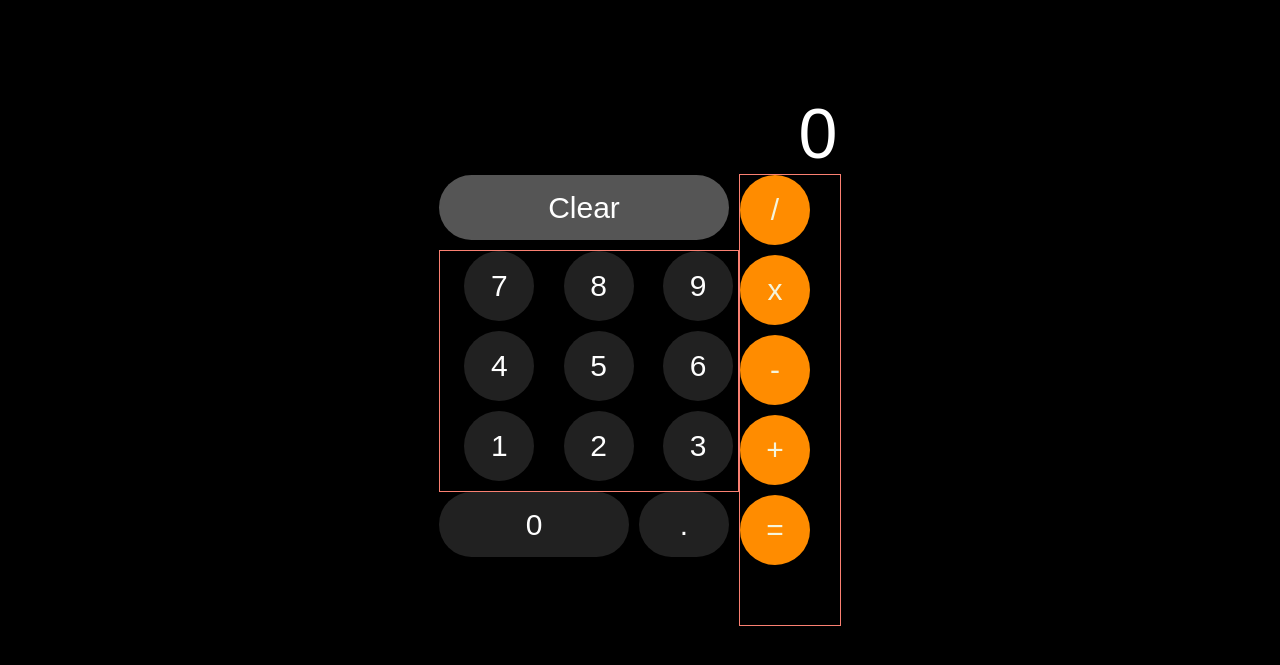
Repository: kocokoy/Calculator
Page: index.html
The author's editor kept a copy of each file at every save. The page is drawn from the files as they stood at one save, then again after the next save.
The browser window is 1280 px wide. The pictures show the whole page.

Above is the page before, as saved 2024-10-23 09:29:27.

### index.html
<!DOCTYPE html>
<html lang="en">
<head>
  <meta charset="UTF-8">
  <meta name="viewport" content="width=device-width, initial-scale=1.0">
  <link rel="stylesheet" href="/style.css">
  <title>Document</title>
</head>
<body>
  <div class="container">
    <div class="output-number">
      <div class="number"></div>
    </div>
    <div class="calculator-container">
      <div class="number-and-clear-container">
        <div class="clear-button-container">
        </div>
        <div class="number-container">

        </div>
        <div class="zero-button-container">
        </div>
      </div>
      <div class="operator-container"></div>
    </div>
  </div>
  <script src="/script.js"></script>
</body>
</html>

### style.css
body{
  padding: 0;
  margin: 0;
  height: 100%;
  background-color: black;
  font-family: Arial, Helvetica, sans-serif;
}
button{
  border: none;
  border-radius: 100px;
  height: 65px;
  margin: 0;
  padding: 0;
  font-size: 30px;
  cursor: pointer;
}
.container{
  display: flex;
  align-items: center;
  justify-content: center;
  flex-direction: column;
  height: 100vh;
}
.calculator-container{
  display: flex;
  align-items: center;
  justify-content: center;
}
.number-and-clear-container{
  height: 450px;
  width: 300px;
  display: block;
}
.clear-button-container{
  display: grid;
  grid-template-columns: 1fr;
  margin-bottom: 10px;
}
.clear-button-container button{
  margin-right: 10px;
  background-color: rgb(85, 85, 85);
  color: rgb(255, 255, 255);
}
.number-container{
  display: grid;
  grid-template-columns: 1fr 1fr 1fr;
  direction: rtl;
  border: 1px solid salmon;
  margin: 0;
  padding: 0;
}
.number-container button{
  margin-bottom: 10px;
  margin-right: 5px;
  background-color: hsl(0, 0%, 13%);
  color: white;
  height: 70px;
  width: 70px;
  border-radius: 50%;
}
.zero-button-container{
  display: grid;
  grid-template-columns: 1fr 100px;
}
.zero-button-container button{
  margin-right: 10px;
  background-color: hsl(0, 0%, 13%);
  color: white;
}

.operator-container{
  height: 450px;
  width: 100px;
  display: flex;
  flex-direction: column;
  border: 1px solid salmon;
}
.operator-container button{
  font-size: 30px;
  margin-bottom: 10px;
  color: beige;
  background-color: hsl(33, 100%, 50%);
  height: 70px;
  width: 70px;
  border-radius: 50%;
}

.output-number{
  height: 70px;
  width: 395px;
  margin-bottom: 10px;
  display: flex;
  justify-content: end;
  font-size: 70px;
  color: white;
}

### script.js
const calculatorButton = ['Clear',1,2,3,4,5,6,7,8,9,0,'.'];
const operatorContent = ['/','x','-','+','='];
const numberContainer = document.querySelector('.number-container');
const clearButtonContainer = document.querySelector('.clear-button-container');
const zeroButtonContainer = document.querySelector('.zero-button-container');
const operatorContainer = document.querySelector('.operator-container');
const outputElement = document.querySelector('.number');

let num1 = '';
let num2 = '';
let operator = '';
let result = 0;
let equals ='';
let html = '';
displayButton();


function displayButton(){
  const descendedNumber = calculatorButton.sort((a,b) => b-a);
  outputElement.textContent = '0';
  for(const num of descendedNumber){
    const button = document.createElement('button');
    if(num === 'Clear'){
      button.classList.add('clear-button');
      button.textContent = num;
      clearButtonContainer.appendChild(button);
    }else if(num === 0 || num === '.'){
      button.classList.add('zero-button');
      button.textContent = num;
      zeroButtonContainer.appendChild(button);
    }else{
      button.classList.add('number-button');
      button.textContent = num;
      numberContainer.appendChild(button);
    }
  }

  operatorContent.forEach(operand => {
    const button = document.createElement('button');
    button.classList.add('operator-button');
    button.textContent = operand;
    operatorContainer.appendChild(button);
  });

  buttonsClicked();
}

function buttonsClicked(){
  const operatorButton = document.querySelectorAll('.operator-button');
  operatorButton.forEach((operButton,i) => {
    operButton.addEventListener('click', () => {
      if(operButton.textContent != '='){
        operator = operButton.textContent;
        // outputElements(operator);
      }else{
        if(num1 && num2 && operator){
          equals = operButton.textContent;
        }
        if(equals === '='){
          console.log(equals);
          console.log(`${num1}${operator}${num2}`)
          operate(num1,num2,operator);
        }
      }

    })
  })
}

const numberButton = document.querySelectorAll('.number-button');
numberButton.forEach((numButton,i) => {
  numButton.addEventListener('click', () => {
    console.log(numButton);
    if (operator === '') {
      num1 += numButton.textContent;
      outputElements(numButton.textContent);
      console.log('Num1:', num1);
    } else {
      num2 += numButton.textContent;
      outputElements(numButton.textContent);
      console.log('Num2:', num2);
    }
  })
})

const clearButton = document.querySelector('.clear-button');
clearButton.addEventListener('click',() => {
  clearContent();
  outputElement.textContent = '';
  numberContainer.appendChild(html);
  displayButton();
})

function clearContent(){
  num1 = result;
  num2 = '';
  operator = '';
  result = 0;
  equals ='';
  html = '';
  console.log(numberContainer);
}


function outputElements(a){
  if(num1 && num2 && operator && equals){
    outputElement.textContent = '';
    outputElement.textContent = a;
    clearContent();
  }else{
    if(operator === ''){
      html+=a;
      outputElement.textContent = html;
    }else{
      html = '';
      html+=a;
      outputElement.textContent = html;
    }
  }
}

function operate(num1,num2,operator){
  number1 = parseInt(num1,10);
  number2 = parseInt(num2,10);
  if(operator === '+'){
    addOperator(number1,number2);
  }else if(operator === '-'){
    minusOperator(number1,number2);
  }else if(operator === '*'){
    timesOperator(number1,number2);
  }else if(operator === '/'){
    divideOperator(number1,number2);
  }
}

const addOperator = (a,b) => {
  console.log(a,b);
  result = a + b;
  outputElements(result);
}

const minusOperator = (a,b) => {
  result = a-b;
  outputElements(result);
  return console.log(result);
}

const timesOperator = (a,b) => {
  result = a*b;
  outputElements(result);
}

const divideOperator = (a,b) => {
  sum = a/b;
  outputElements(result);
}

After the next save:
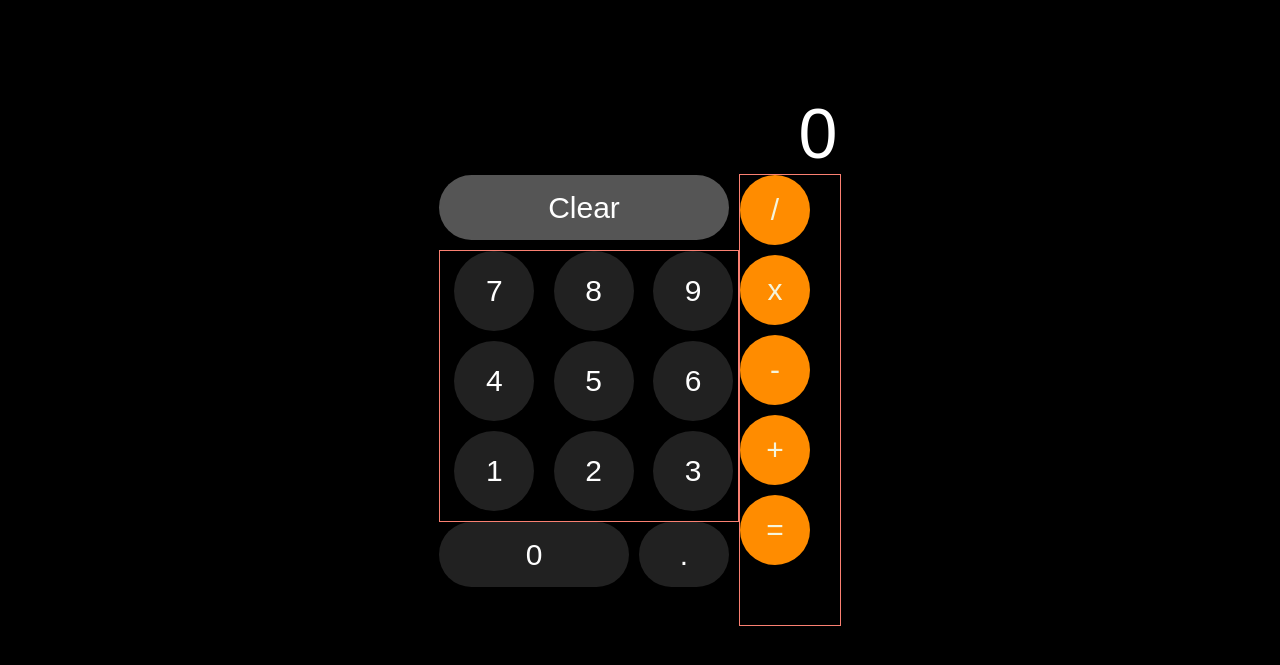
Saved 50 s later.
--- a/style.css
+++ b/style.css
@@ -46,16 +46,14 @@ button{
   grid-template-columns: 1fr 1fr 1fr;
   direction: rtl;
   border: 1px solid salmon;
-  margin: 0;
-  padding: 0;
 }
 .number-container button{
   margin-bottom: 10px;
   margin-right: 5px;
   background-color: hsl(0, 0%, 13%);
   color: white;
-  height: 70px;
-  width: 70px;
+  height: 80px;
+  width: 80px;
   border-radius: 50%;
 }
 .zero-button-container{
